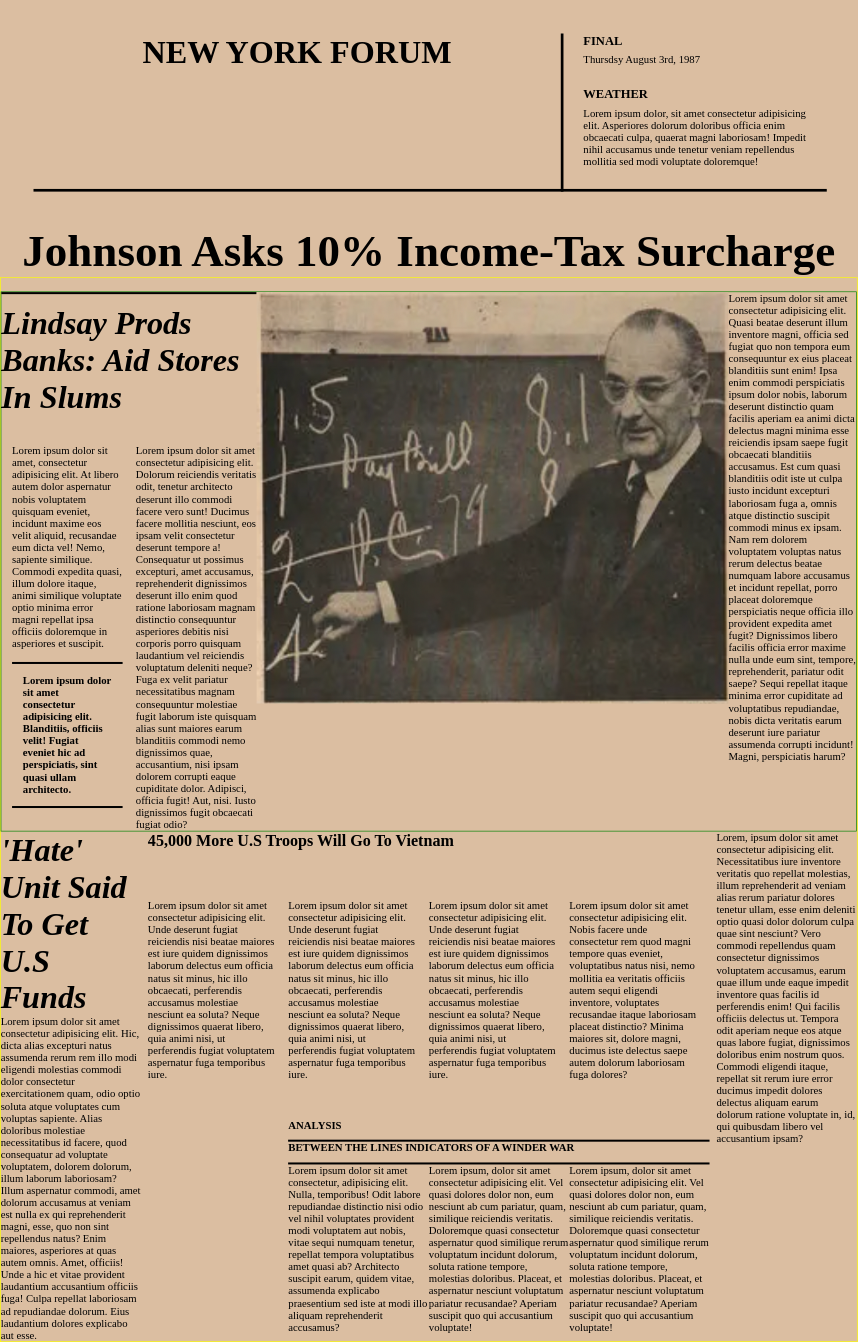
Repository: Arkitecth/newspaper-grid
Page: index.html
An editor plug-in stored every save of this project. The page is shown before and after the next save, followed by the edit.
The browser window is 1280 px wide. The pictures show the whole page, at 67% of full size.

Above is the page before, as saved 2023-05-29 21:40:39.

### index.html
<!DOCTYPE html>
<html lang="en">
<head>
    <meta charset="UTF-8">
    <meta http-equiv="X-UA-Compatible" content="IE=edge">
    <meta name="viewport" content="width=device-width, initial-scale=1.0">
    <link rel="stylesheet" href="styles.css">
    <title>News Paper</title>
</head>
<body>
    <header id="header">
        <div>
            <h1>New York Forum</h1>
        </div>
        <div class="aside">
            <h3>Final</h3>
            <p>Thursdsy August 3rd, 1987</p>

            <h3>Weather</h3>
            <p>Lorem ipsum dolor, sit amet consectetur adipisicing elit. Asperiores dolorum doloribus officia enim obcaecati culpa, quaerat magni laboriosam! Impedit nihil accusamus unde tenetur veniam repellendus mollitia sed modi voluptate doloremque!</p>
        </div>
        <div class="divider"></div>
        <div class="divider"></div>
    </header>
    <main>
        <h2>Johnson Asks 10% Income-Tax Surcharge</h2>
        <div class="main-grid">
            <div class="first-row">
                <div class="sub-grid">
                    <h3>Lindsay Prods Banks: Aid Stores in Slums</h3>
                    <div class="sub-row">
                        <div class="left">
                            <p>Lorem ipsum dolor sit amet, consectetur adipisicing elit. At libero autem dolor aspernatur nobis voluptatem quisquam eveniet, incidunt maxime eos velit aliquid, recusandae eum dicta vel! Nemo, sapiente similique. Commodi expedita quasi, illum dolore itaque, animi similique voluptate optio minima error magni repellat ipsa officiis doloremque in asperiores et suscipit.</p>
                            <br>
                            <p class="highlight">Lorem ipsum dolor sit amet consectetur adipisicing elit. Blanditiis, officiis velit! Fugiat eveniet hic ad perspiciatis, sint quasi ullam architecto.</p>
                        </div>
                        <div class="right">
                            <p>Lorem ipsum dolor sit amet consectetur adipisicing elit. Dolorum reiciendis veritatis odit, tenetur architecto deserunt illo commodi facere vero sunt! Ducimus facere mollitia nesciunt, eos ipsam velit consectetur deserunt tempore a! Consequatur ut possimus excepturi, amet accusamus, reprehenderit dignissimos deserunt illo enim quod ratione laboriosam magnam distinctio consequuntur asperiores debitis nisi corporis porro quisquam laudantium vel reiciendis voluptatum deleniti neque? Fuga ex velit pariatur necessitatibus magnam consequuntur molestiae fugit laborum iste quisquam alias sunt maiores earum blanditiis commodi nemo dignissimos quae, accusantium, nisi ipsam dolorem corrupti eaque cupiditate dolor. Adipisci, officia fugit! Aut, nisi. Iusto dignissimos fugit obcaecati fugiat odio?</p>
                        </div>
                    </div>

                </div>

                <div class="middle-content">
                    <img src="assets/teacher.png" alt="teacher teaching stuff">
                </div>

                <div class="right-content">
                    <p>Lorem ipsum dolor sit amet consectetur adipisicing elit. Quasi beatae deserunt illum inventore magni, officia sed fugiat quo non tempora eum consequuntur ex eius placeat blanditiis sunt enim! Ipsa enim commodi perspiciatis ipsum dolor nobis, laborum deserunt distinctio quam facilis aperiam ea animi dicta delectus magni minima esse reiciendis ipsam saepe fugit obcaecati blanditiis accusamus. Est cum quasi blanditiis odit iste ut culpa iusto incidunt excepturi laboriosam fuga a, omnis atque distinctio suscipit commodi minus ex ipsam. Nam rem dolorem voluptatem voluptas natus rerum delectus beatae numquam labore accusamus et incidunt repellat, porro placeat doloremque perspiciatis neque officia illo provident expedita amet fugit? Dignissimos libero facilis officia error maxime nulla unde eum sint, tempore, reprehenderit, pariatur odit saepe? Sequi repellat itaque minima error cupiditate ad voluptatibus repudiandae, nobis dicta veritatis earum deserunt iure pariatur assumenda corrupti incidunt! Magni, perspiciatis harum?</p>
                </div>
            </div>


            <div class="second-row">
                <div class="first">
                    <h3>'Hate' Unit Said to Get U.S Funds</h3>
                    <p>Lorem ipsum dolor sit amet consectetur adipisicing elit. Hic, dicta alias excepturi natus assumenda rerum rem illo modi eligendi molestias commodi dolor consectetur exercitationem quam, odio optio soluta atque voluptates cum voluptas sapiente. Alias doloribus molestiae necessitatibus id facere, quod consequatur ad voluptate voluptatem, dolorem dolorum, illum laborum laboriosam? Illum aspernatur commodi, amet dolorum accusamus at veniam est nulla ex qui reprehenderit magni, esse, quo non sint repellendus natus? Enim maiores, asperiores at quas autem omnis. Amet, officiis! Unde a hic et vitae provident laudantium accusantium officiis fuga! Culpa repellat laboriosam ad repudiandae dolorum. Eius laudantium dolores explicabo aut esse.</p>
                </div>
                <div class="middle">
                    <h3>45,000 More U.S Troops will go to vietnam</h3>
                    <div class="middle-grid">
                        <p>Lorem ipsum dolor sit amet consectetur adipisicing elit. Unde deserunt fugiat reiciendis nisi beatae maiores est iure quidem dignissimos laborum delectus eum officia natus sit minus, hic illo obcaecati, perferendis accusamus molestiae nesciunt ea soluta? Neque dignissimos quaerat libero, quia animi nisi, ut perferendis fugiat voluptatem aspernatur fuga temporibus iure.</p>
                        <p>Lorem ipsum dolor sit amet consectetur adipisicing elit. Unde deserunt fugiat reiciendis nisi beatae maiores est iure quidem dignissimos laborum delectus eum officia natus sit minus, hic illo obcaecati, perferendis accusamus molestiae nesciunt ea soluta? Neque dignissimos quaerat libero, quia animi nisi, ut perferendis fugiat voluptatem aspernatur fuga temporibus iure.</p>
                        <p>Lorem ipsum dolor sit amet consectetur adipisicing elit. Unde deserunt fugiat reiciendis nisi beatae maiores est iure quidem dignissimos laborum delectus eum officia natus sit minus, hic illo obcaecati, perferendis accusamus molestiae nesciunt ea soluta? Neque dignissimos quaerat libero, quia animi nisi, ut perferendis fugiat voluptatem aspernatur fuga temporibus iure.</p>
                       <p>Lorem ipsum dolor sit amet consectetur adipisicing elit. Nobis facere unde consectetur rem quod magni tempore quas eveniet, voluptatibus natus nisi, nemo mollitia ea veritatis officiis autem sequi eligendi inventore, voluptates recusandae itaque laboriosam placeat distinctio? Minima maiores sit, dolore magni, ducimus iste delectus saepe autem dolorum laboriosam fuga dolores?</p>
                        <div class="bottom-grid">
                            <h4>Analysis</h4>
                            <h4>Between the Lines Indicators of a Winder War</h4>
                            <div class="last-bottom-row">
                                <p>Lorem ipsum dolor sit amet consectetur, adipisicing elit. Nulla, temporibus! Odit labore repudiandae distinctio nisi odio vel nihil voluptates provident modi voluptatem aut nobis, vitae sequi numquam tenetur, repellat tempora voluptatibus amet quasi ab? Architecto suscipit earum, quidem vitae, assumenda explicabo praesentium sed iste at modi illo aliquam reprehenderit accusamus?</p>
                                <p>Lorem ipsum, dolor sit amet consectetur adipisicing elit. Vel quasi dolores dolor non, eum nesciunt ab cum pariatur, quam, similique reiciendis veritatis. Doloremque quasi consectetur aspernatur quod similique rerum voluptatum incidunt dolorum, soluta ratione tempore, molestias doloribus. Placeat, et aspernatur nesciunt voluptatum pariatur recusandae? Aperiam suscipit quo qui accusantium voluptate!</p>
                                <p>Lorem ipsum, dolor sit amet consectetur adipisicing elit. Vel quasi dolores dolor non, eum nesciunt ab cum pariatur, quam, similique reiciendis veritatis. Doloremque quasi consectetur aspernatur quod similique rerum voluptatum incidunt dolorum, soluta ratione tempore, molestias doloribus. Placeat, et aspernatur nesciunt voluptatum pariatur recusandae? Aperiam suscipit quo qui accusantium voluptate!</p>
                            </div>

                        </div>

                    </div>

                </div>
                <div class="last">
                    <p>Lorem, ipsum dolor sit amet consectetur adipisicing elit. Necessitatibus iure inventore veritatis quo repellat molestias, illum reprehenderit ad veniam alias rerum pariatur dolores tenetur ullam, esse enim deleniti optio quasi dolor dolorum culpa quae sint nesciunt? Vero commodi repellendus quam consectetur dignissimos voluptatem accusamus, earum quae illum unde eaque impedit inventore quas facilis id perferendis enim! Qui facilis officiis delectus ut. Tempora odit aperiam neque eos atque quas labore fugiat, dignissimos doloribus enim nostrum quos. Commodi eligendi itaque, repellat sit rerum iure error ducimus impedit dolores delectus aliquam earum dolorum ratione voluptate in, id, qui quibusdam libero vel accusantium ipsam?</p>
                </div>
            </div>

            <div class="third-row">
            </div>




        </div>
    </main>

</body>
</html>

### styles.css
* {
    padding: 0;
    margin: 0;
}

body {
    background-color: #dbbea1;
    max-width: 1500px;
}

h1,h3 {
    text-transform: uppercase;
}
#header {
    padding: 3.125rem;
    display: grid;
    grid-template-columns: 2fr 1fr;
}


/* Header */
#header h1 {
    text-align: center;
    font-size: 3rem;
}

h2 {
    text-align: center;
    width: 100%;
    font-size: 4.2rem;
}

.aside {
    border-left: 4px solid black;
    padding-left: 30px;
}

.aside p {
    padding-top: 0.5rem;
    margin-bottom: 2rem;
}

.divider {
    border: 2px solid black;
    width: 100%;
}

.main-grid{
    display: grid;
    grid-template-rows: auto auto auto;
    padding-top: 20px;
    border: 1px solid yellow

}

/* First Row */
.first-row {
    display: grid;
    grid-template-columns: 2fr 3fr 1fr;
    border: 1px solid green;
}



.sub-grid {
    display: grid;
    grid-template-rows: auto;
    gap: 20px;
}

.sub-row {
    display: grid;
    grid-template-columns: 1fr 1fr;
    gap: 20px;
}

.sub-grid  h3 {
    font-size: 3rem;
    font-style: italic;
    border-top: 3px solid black;
    padding-bottom: 1.5rem;
    padding-top: 1rem;
    text-transform: capitalize;

}
.left{
    padding-left: 1rem;
}

.highlight {
    font-weight: bold;
    border-top: 3px solid black;
    padding: 1rem;
    border-bottom: 3px solid black;
}


/* Second Row */
.second-row {
    display: grid;
    grid-template-columns: 1fr 4fr 1fr;
    gap: 10px;
}


.first h3 {
    font-size: 3rem;
    font-style: italic;
    text-transform: capitalize;
}

.middle {
    display: grid;
    grid-template-rows: auto;
}

.middle-grid {
    display: grid;
    grid-template-columns: 1fr 1fr 1fr 1fr;
    gap: 20px;
}

.middle h3 {
    font-size: 1.5rem;
    text-transform: capitalize;
}

.bottom-grid {
    display: grid;
    grid-template-rows: auto auto auto;
    grid-row: 2 ;
    grid-column: 2/span 4;
}

.last-bottom-row {
    display: grid;
    grid-template-columns: 1fr 1fr 1fr;
}

.bottom-grid h4 {
    text-transform: uppercase;
    border-bottom: 3px solid black;
}

After the next save:
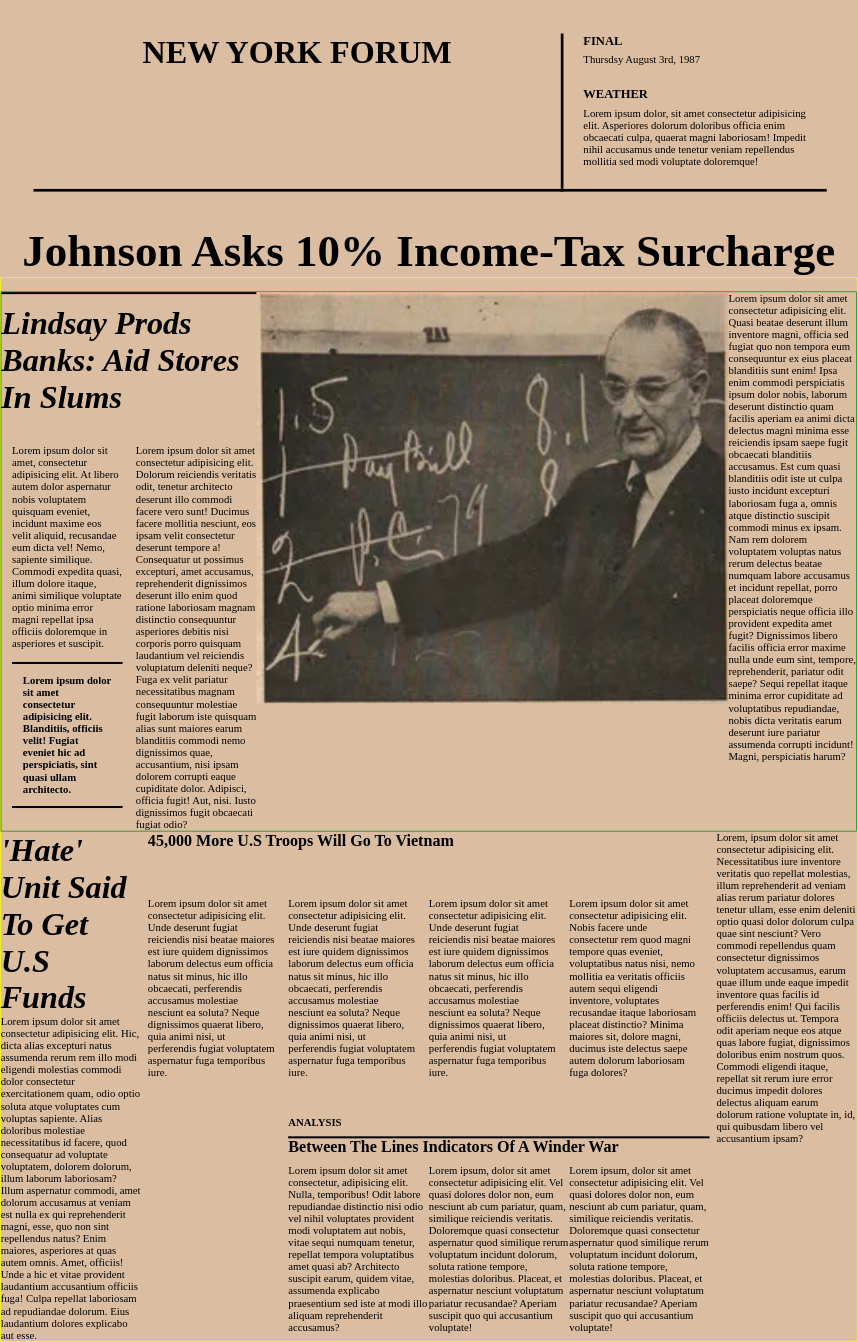
Saved 27 s later.
--- a/index.html
+++ b/index.html
@@ -65,7 +65,7 @@
                        <p>Lorem ipsum dolor sit amet consectetur adipisicing elit. Nobis facere unde consectetur rem quod magni tempore quas eveniet, voluptatibus natus nisi, nemo mollitia ea veritatis officiis autem sequi eligendi inventore, voluptates recusandae itaque laboriosam placeat distinctio? Minima maiores sit, dolore magni, ducimus iste delectus saepe autem dolorum laboriosam fuga dolores?</p>
                         <div class="bottom-grid">
                             <h4>Analysis</h4>
-                            <h4>Between the Lines Indicators of a Winder War</h4>
+                            <h3>Between the Lines Indicators of a Winder War</h4>
                             <div class="last-bottom-row">
                                 <p>Lorem ipsum dolor sit amet consectetur, adipisicing elit. Nulla, temporibus! Odit labore repudiandae distinctio nisi odio vel nihil voluptates provident modi voluptatem aut nobis, vitae sequi numquam tenetur, repellat tempora voluptatibus amet quasi ab? Architecto suscipit earum, quidem vitae, assumenda explicabo praesentium sed iste at modi illo aliquam reprehenderit accusamus?</p>
                                 <p>Lorem ipsum, dolor sit amet consectetur adipisicing elit. Vel quasi dolores dolor non, eum nesciunt ab cum pariatur, quam, similique reiciendis veritatis. Doloremque quasi consectetur aspernatur quod similique rerum voluptatum incidunt dolorum, soluta ratione tempore, molestias doloribus. Placeat, et aspernatur nesciunt voluptatum pariatur recusandae? Aperiam suscipit quo qui accusantium voluptate!</p>
